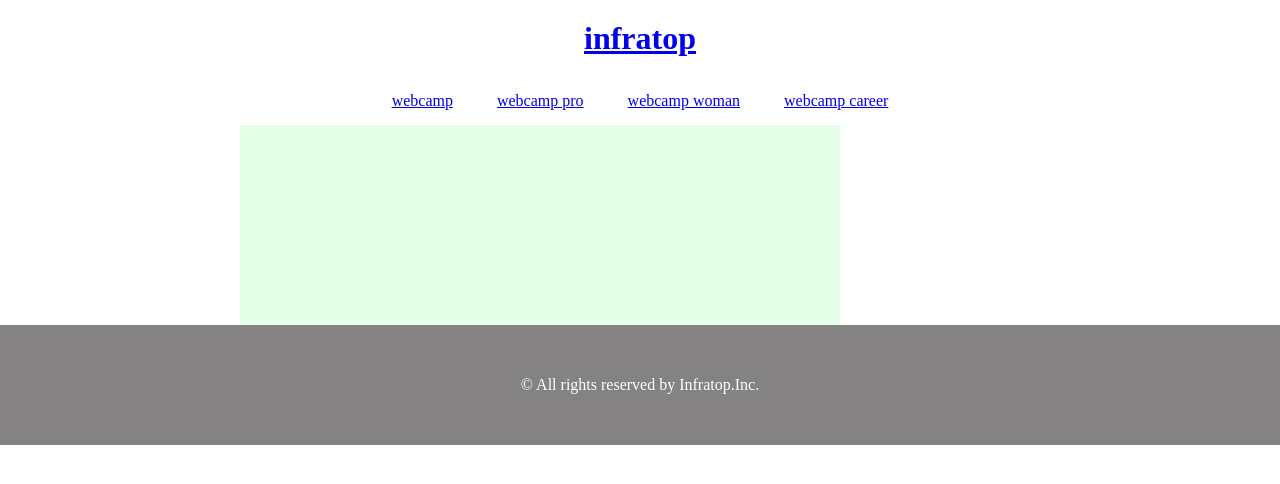
Repository: achoko3/Practice-problem
Page: chapter4/chapter4.html
The author's editor kept a record of every edit. The page is drawn from the files as they stood at one moment, then again after the next edit.
The browser window is 1280 px wide. The pictures show the whole page.

Above is the page before.

After the next edit:
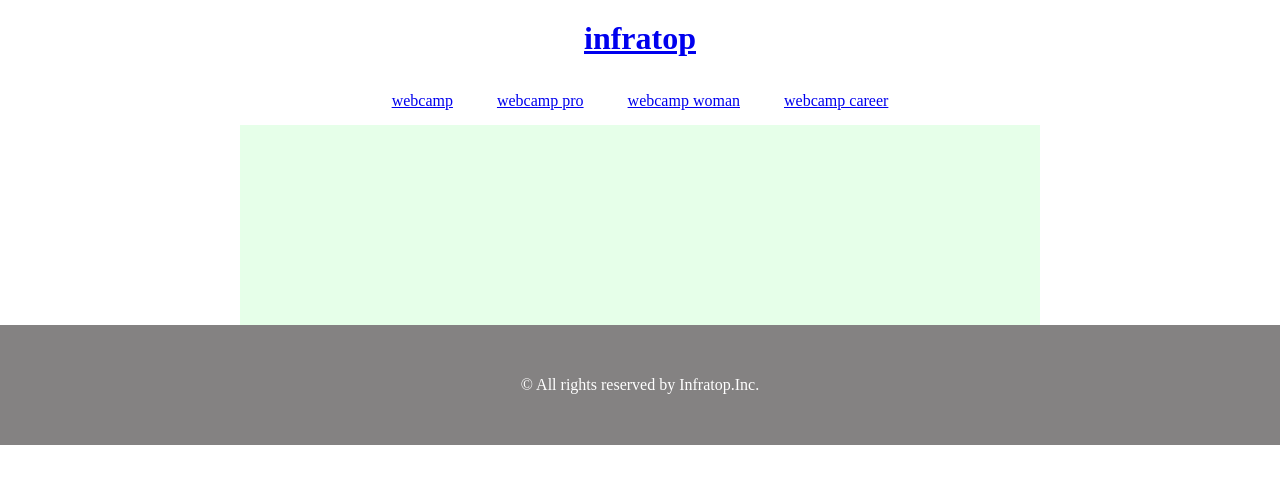
The edit:
--- a/chapter4/chapter4.css
+++ b/chapter4/chapter4.css
@@ -52,6 +52,11 @@
   background-color:#e6ffe9;
 }
 
+.box4{
+  width:200px;
+  height:200px;
+  background-color:#e6ffe9;
+}
 
 footer{
   width:100%;
